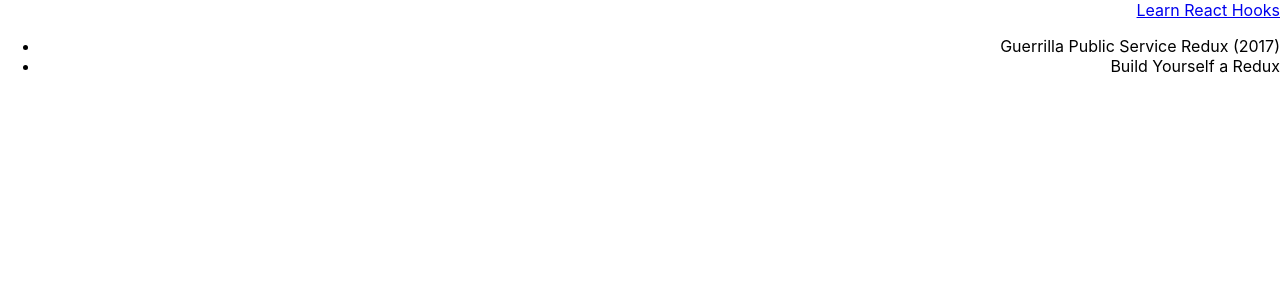
Repository: gapinska/react-hooks-tasks
Page: /
The author's editor kept a copy of each file at every save. The page is drawn from the files as they stood at one save, then again after the next save.
The browser window is 1280 px wide. The pictures show the whole page.
The project was rebuilt for these pictures with package versions that can differ from the ones it lists, and the page was loaded fresh each time. Also part of the build but not shown: src/components/Counter.js.

Above is the page before, as saved 2021-06-01 16:24:09.

### src/App.js
import React, { useState } from "react"
import "./App.css"
import Counter from "./components/Counter"

const initialState = {
  hits: [
    {
      objectID: "23325319",
      title: "Guerrilla Public Service Redux (2017)",
      url: "https://99percentinvisible.org/episode/guerrilla-public-service/",
    },
    {
      objectID: "14273549",
      title: "Build Yourself a Redux",
      url: "https://zapier.com/engineering/how-to-build-redux/",
    },
  ],
}

function App() {
  const [data, setData] = useState(initialState.hits)
  return (
    <div className="link-hook">
      <div>
        <a
          className="App-link"
          href="https://reactjs.org/docs/hooks-reference.html"
          target="_blank"
          rel="noopener noreferrer"
        >
          Learn React Hooks
        </a>
      </div>
      {/* <Counter /> */}
      <div>
        <ul>
          {data.map((item) => (
            <li>{item.title}</li>
          ))}
        </ul>
      </div>
    </div>
  )
}

export default App

### src/App.css
.link-hook {
  text-align: right;
}

Loaded but not shown: public/index.html (common file); src/index.js (common file); src/index.css (common file); src/reportWebVitals.js (common file)

After the next save:
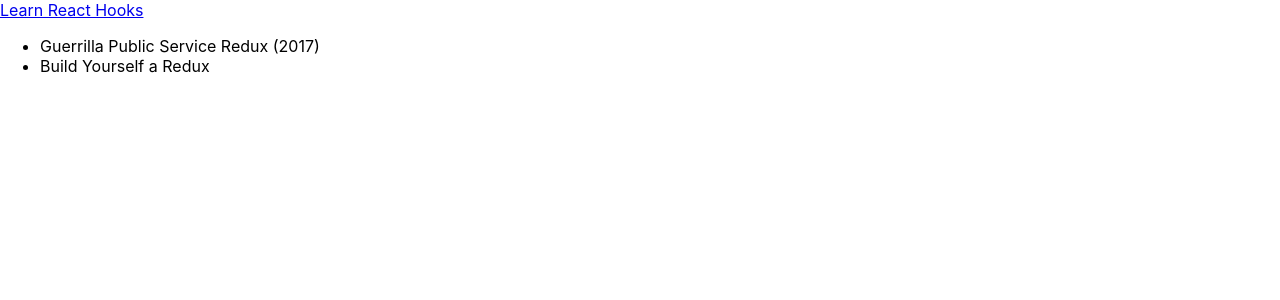
Saved 30 s later.
--- a/src/App.js
+++ b/src/App.js
@@ -20,10 +20,10 @@
 function App() {
   const [data, setData] = useState(initialState.hits)
   return (
-    <div className="link-hook">
+    <div>
       <div>
         <a
-          className="App-link"
+          className="link-hook"
           href="https://reactjs.org/docs/hooks-reference.html"
           target="_blank"
           rel="noopener noreferrer"
